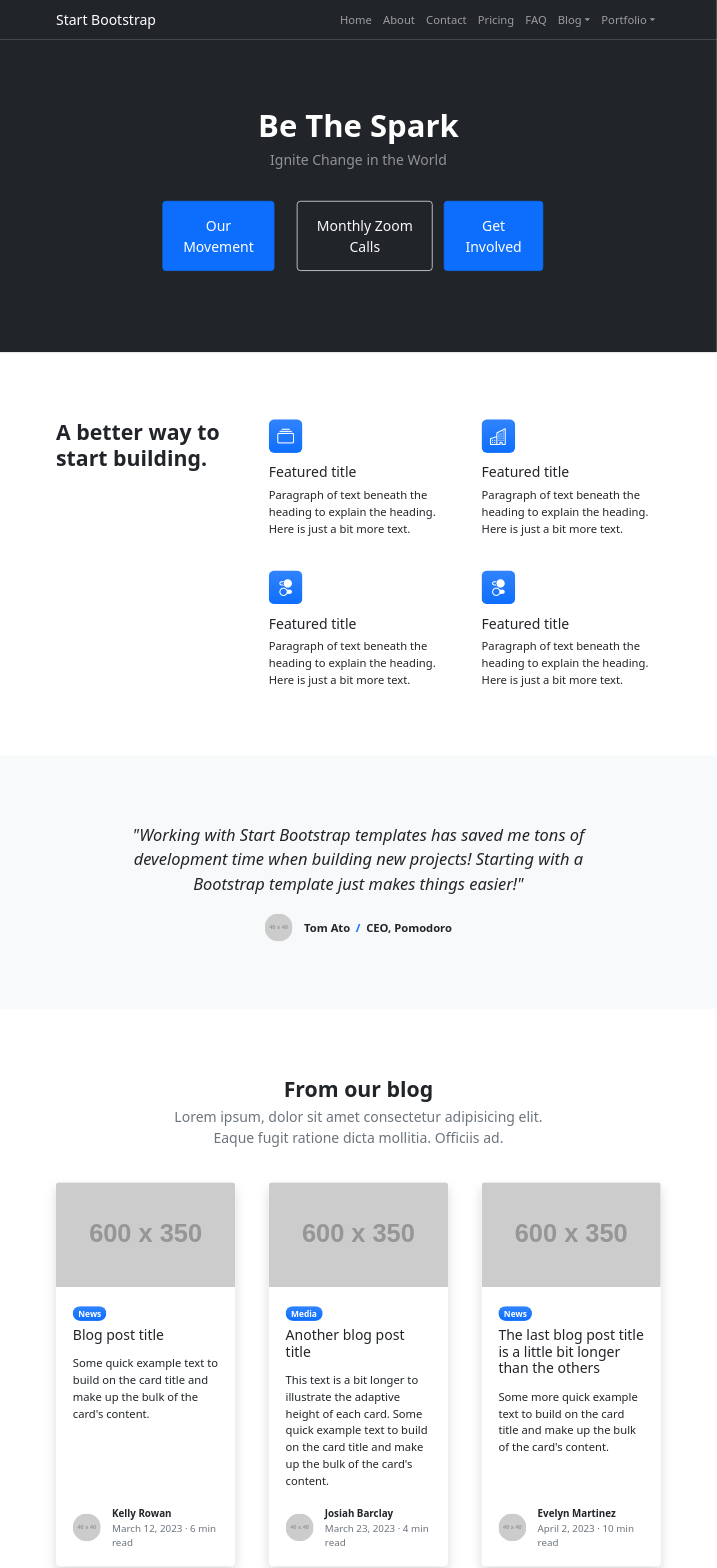
Repository: DragonFruit8/BeTheSpark
Page: index.html
The author's editor kept a copy of each file at every save. The page is drawn from the files as they stood at one save, then again after a run of saves.
The browser window is 1024 px wide. The pictures show the part of the page from y = 0 to 2240 px (the page is 2753 px tall before and 2853 px after), at 70% of full size.

Above is the page before, as saved 2024-01-05 08:34:47.

### index.html
<!DOCTYPE html>
<html lang="en">
    <head>
        <meta charset="utf-8" />
        <meta name="viewport" content="width=device-width, initial-scale=1, shrink-to-fit=no" />
        <meta name="description" content="" />
        <meta name="author" content="" />
        <title>Modern Business - Start Bootstrap Template</title>
        <!-- Favicon-->
        <link rel="icon" type="image/x-icon" href="assets/favicon.ico" />
        <!-- Bootstrap icons-->
        <link href="https://cdn.jsdelivr.net/npm/bootstrap-icons@1.5.0/font/bootstrap-icons.css" rel="stylesheet" />
        <!-- Core theme CSS (includes Bootstrap)-->
        <link href="css/styles.css" rel="stylesheet" />
        <link href="css/home.css" rel="stylesheet" />
    </head>
    <body class="d-flex flex-column h-100">
        <main class="flex-shrink-0">
            <!-- Navigation-->
            <nav class="navbar navbar-expand-lg navbar-dark bg-dark">
                <div class="container px-5">
                    <a class="navbar-brand" href="index.html">Start Bootstrap</a>
                    <button class="navbar-toggler" type="button" data-bs-toggle="collapse" data-bs-target="#navbarSupportedContent" aria-controls="navbarSupportedContent" aria-expanded="false" aria-label="Toggle navigation"><span class="navbar-toggler-icon"></span></button>
                    <div class="collapse navbar-collapse" id="navbarSupportedContent">
                        <ul class="navbar-nav ms-auto mb-2 mb-lg-0">
                            <li class="nav-item"><a class="nav-link" href="index.html">Home</a></li>
                            <li class="nav-item"><a class="nav-link" href="about.html">About</a></li>
                            <li class="nav-item"><a class="nav-link" href="contact.html">Contact</a></li>
                            <li class="nav-item"><a class="nav-link" href="pricing.html">Pricing</a></li>
                            <li class="nav-item"><a class="nav-link" href="faq.html">FAQ</a></li>
                            <li class="nav-item dropdown">
                                <a class="nav-link dropdown-toggle" id="navbarDropdownBlog" href="#" role="button" data-bs-toggle="dropdown" aria-expanded="false">Blog</a>
                                <ul class="dropdown-menu dropdown-menu-end" aria-labelledby="navbarDropdownBlog">
                                    <li><a class="dropdown-item" href="blog-home.html">Blog Home</a></li>
                                    <li><a class="dropdown-item" href="blog-post.html">Blog Post</a></li>
                                </ul>
                            </li>
                            <li class="nav-item dropdown">
                                <a class="nav-link dropdown-toggle" id="navbarDropdownPortfolio" href="#" role="button" data-bs-toggle="dropdown" aria-expanded="false">Portfolio</a>
                                <ul class="dropdown-menu dropdown-menu-end" aria-labelledby="navbarDropdownPortfolio">
                                    <li><a class="dropdown-item" href="portfolio-overview.html">Portfolio Overview</a></li>
                                    <li><a class="dropdown-item" href="portfolio-item.html">Portfolio Item</a></li>
                                </ul>
                            </li>
                        </ul>
                    </div>
                </div>
            </nav>
            <!-- Header-->
            <header class="bg-dark py-5">
                <div class="container px-5">
                    <div class="row gx-5 align-items-center justify-content-center">
                        <div class="col-lg-8 col-xl-10 col-xxl-12">
                            <div class="my-5 text-center text-xl-start">
                                <h1 class="display-5 fw-bolder text-white mb-2">Be The Spark</h1>
                                <p class="lead fw-normal text-white-50 mb-4">Ignite Change in the World</p>
                                <div id="CTA" class="d-grid gap-3 d-sm-flex justify-content-sm-center justify-content-xl-start">
                                    <a class="btn btn-primary btn-lg px-4 me-sm-3" href="#features">Our Movement</a>
                                    <a class="btn btn-outline-light btn-lg px-4" href="#!">Monthly Zoom Calls</a>
                                    <a class="btn btn-primary btn-lg px-4 me-sm-3" href="#features">Get Involved </a>
                                </div>
                            </div>
                        </div>
                        <!-- <div class="col-xl-5 col-xxl-6 d-none d-xl-block text-center"><img class="img-fluid rounded-3 my-5" src="https://dummyimage.com/600x400/343a40/6c757d" alt="..." /></div> -->
                    </div>
                </div>
            </header>
            <!-- Features section-->
            <section class="py-5" id="features">
                <div class="container px-5 my-5">
                    <div class="row gx-5">
                        <div class="col-lg-4 mb-5 mb-lg-0"><h2 class="fw-bolder mb-0">A better way to start building.</h2></div>
                        <div class="col-lg-8">
                            <div class="row gx-5 row-cols-1 row-cols-md-2">
                                <div class="col mb-5 h-100">
                                    <div class="feature bg-primary bg-gradient text-white rounded-3 mb-3"><i class="bi bi-collection"></i></div>
                                    <h2 class="h5">Featured title</h2>
                                    <p class="mb-0">Paragraph of text beneath the heading to explain the heading. Here is just a bit more text.</p>
                                </div>
                                <div class="col mb-5 h-100">
                                    <div class="feature bg-primary bg-gradient text-white rounded-3 mb-3"><i class="bi bi-building"></i></div>
                                    <h2 class="h5">Featured title</h2>
                                    <p class="mb-0">Paragraph of text beneath the heading to explain the heading. Here is just a bit more text.</p>
                                </div>
                                <div class="col mb-5 mb-md-0 h-100">
                                    <div class="feature bg-primary bg-gradient text-white rounded-3 mb-3"><i class="bi bi-toggles2"></i></div>
                                    <h2 class="h5">Featured title</h2>
                                    <p class="mb-0">Paragraph of text beneath the heading to explain the heading. Here is just a bit more text.</p>
                                </div>
                                <div class="col h-100">
                                    <div class="feature bg-primary bg-gradient text-white rounded-3 mb-3"><i class="bi bi-toggles2"></i></div>
                                    <h2 class="h5">Featured title</h2>
                                    <p class="mb-0">Paragraph of text beneath the heading to explain the heading. Here is just a bit more text.</p>
                                </div>
                            </div>
                        </div>
                    </div>
                </div>
            </section>
            <!-- Testimonial section-->
            <div class="py-5 bg-light">
                <div class="container px-5 my-5">
                    <div class="row gx-5 justify-content-center">
                        <div class="col-lg-10 col-xl-7">
                            <div class="text-center">
                                <div class="fs-4 mb-4 fst-italic">"Working with Start Bootstrap templates has saved me tons of development time when building new projects! Starting with a Bootstrap template just makes things easier!"</div>
                                <div class="d-flex align-items-center justify-content-center">
                                    <img class="rounded-circle me-3" src="https://dummyimage.com/40x40/ced4da/6c757d" alt="..." />
                                    <div class="fw-bold">
                                        Tom Ato
                                        <span class="fw-bold text-primary mx-1">/</span>
                                        CEO, Pomodoro
                                    </div>
                                </div>
                            </div>
                        </div>
                    </div>
                </div>
            </div>
            <!-- Blog preview section-->
            <section class="py-5">
                <div class="container px-5 my-5">
                    <div class="row gx-5 justify-content-center">
                        <div class="col-lg-8 col-xl-6">
                            <div class="text-center">
                                <h2 class="fw-bolder">From our blog</h2>
                                <p class="lead fw-normal text-muted mb-5">Lorem ipsum, dolor sit amet consectetur adipisicing elit. Eaque fugit ratione dicta mollitia. Officiis ad.</p>
                            </div>
                        </div>
                    </div>
                    <div class="row gx-5">
                        <div class="col-lg-4 mb-5">
                            <div class="card h-100 shadow border-0">
                                <img class="card-img-top" src="https://dummyimage.com/600x350/ced4da/6c757d" alt="..." />
                                <div class="card-body p-4">
                                    <div class="badge bg-primary bg-gradient rounded-pill mb-2">News</div>
                                    <a class="text-decoration-none link-dark stretched-link" href="#!"><h5 class="card-title mb-3">Blog post title</h5></a>
                                    <p class="card-text mb-0">Some quick example text to build on the card title and make up the bulk of the card's content.</p>
                                </div>
                                <div class="card-footer p-4 pt-0 bg-transparent border-top-0">
                                    <div class="d-flex align-items-end justify-content-between">
                                        <div class="d-flex align-items-center">
                                            <img class="rounded-circle me-3" src="https://dummyimage.com/40x40/ced4da/6c757d" alt="..." />
                                            <div class="small">
                                                <div class="fw-bold">Kelly Rowan</div>
                                                <div class="text-muted">March 12, 2023 &middot; 6 min read</div>
                                            </div>
                                        </div>
                                    </div>
                                </div>
                            </div>
                        </div>
                        <div class="col-lg-4 mb-5">
                            <div class="card h-100 shadow border-0">
                                <img class="card-img-top" src="https://dummyimage.com/600x350/adb5bd/495057" alt="..." />
                                <div class="card-body p-4">
                                    <div class="badge bg-primary bg-gradient rounded-pill mb-2">Media</div>
                                    <a class="text-decoration-none link-dark stretched-link" href="#!"><h5 class="card-title mb-3">Another blog post title</h5></a>
                                    <p class="card-text mb-0">This text is a bit longer to illustrate the adaptive height of each card. Some quick example text to build on the card title and make up the bulk of the card's content.</p>
                                </div>
                                <div class="card-footer p-4 pt-0 bg-transparent border-top-0">
                                    <div class="d-flex align-items-end justify-content-between">
                                        <div class="d-flex align-items-center">
                                            <img class="rounded-circle me-3" src="https://dummyimage.com/40x40/ced4da/6c757d" alt="..." />
                                            <div class="small">
                                                <div class="fw-bold">Josiah Barclay</div>
                                                <div class="text-muted">March 23, 2023 &middot; 4 min read</div>
                                            </div>
                                        </div>
                                    </div>
                                </div>
                            </div>
                        </div>
                        <div class="col-lg-4 mb-5">
                            <div class="card h-100 shadow border-0">
                                <img class="card-img-top" src="https://dummyimage.com/600x350/6c757d/343a40" alt="..." />
                                <div class="card-body p-4">
                                    <div class="badge bg-primary bg-gradient rounded-pill mb-2">News</div>
                                    <a class="text-decoration-none link-dark stretched-link" href="#!"><h5 class="card-title mb-3">The last blog post title is a little bit longer than the others</h5></a>
                                    <p class="card-text mb-0">Some more quick example text to build on the card title and make up the bulk of the card's content.</p>
                                </div>
                                <div class="card-footer p-4 pt-0 bg-transparent border-top-0">
                                    <div class="d-flex align-items-end justify-content-between">
                                        <div class="d-flex align-items-center">
                                            <img class="rounded-circle me-3" src="https://dummyimage.com/40x40/ced4da/6c757d" alt="..." />
                                            <div class="small">
                                                <div class="fw-bold">Evelyn Martinez</div>
                                                <div class="text-muted">April 2, 2023 &middot; 10 min read</div>
                                            </div>
                                        </div>
                                    </div>
                                </div>
                            </div>
                        </div>
                    </div>
                    <!-- Call to action-->
                    <aside class="bg-primary bg-gradient rounded-3 p-4 p-sm-5 mt-5">
                        <div class="d-flex align-items-center justify-content-between flex-column flex-xl-row text-center text-xl-start">
                            <div class="mb-4 mb-xl-0">
                                <div class="fs-3 fw-bold text-white">New products, delivered to you.</div>
                                <div class="text-white-50">Sign up for our newsletter for the latest updates.</div>
                            </div>
                            <div class="ms-xl-4">
                                <div class="input-group mb-2">
                                    <input class="form-control" type="text" placeholder="Email address..." aria-label="Email address..." aria-describedby="button-newsletter" />
                                    <button class="btn btn-outline-light" id="button-newsletter" type="button">Sign up</button>
                                </div>
                                <div class="small text-white-50">We care about privacy, and will never share your data.</div>
                            </div>
                        </div>
                    </aside>
                </div>
            </section>
        </main>
        <!-- Footer-->
        <footer class="bg-dark py-4 mt-auto">
            <div class="container px-5">
                <div class="row align-items-center justify-content-between flex-column flex-sm-row">
                    <div class="col-auto"><div class="small m-0 text-white">Copyright &copy; Your Website 2023</div></div>
                    <div class="col-auto">
                        <a class="link-light small" href="#!">Privacy</a>
                        <span class="text-white mx-1">&middot;</span>
                        <a class="link-light small" href="#!">Terms</a>
                        <span class="text-white mx-1">&middot;</span>
                        <a class="link-light small" href="#!">Contact</a>
                    </div>
                </div>
            </div>
        </footer>
        <!-- Bootstrap core JS-->
        <script src="https://cdn.jsdelivr.net/npm/bootstrap@5.2.3/dist/js/bootstrap.bundle.min.js"></script>
        <!-- Core theme JS-->
        <script src="js/scripts.js"></script>
    </body>
</html>

### css/home.css
#CTA a{
    display: flex;
    max-height:300px;
    max-width: 300px;
    padding: 20px;
    margin-top: 20px;
    margin-bottom: 20px;
    border-radius: 5px;
}

@media (min-width: 1080px) {
    #CTA > a{
        display: inline-flex;
        flex-direction: row;
        min-height:100px !important;
        min-width: 200px !important;
        padding: 20px;
        border-radius: 5px;
    }

}

@media (max-width: 1080px) and (min-width: 768px) {
    #CTA a{
        display: inline-flex;
        flex-direction: row;
        max-height:100px !important;
        max-width: fit-content !important;
        border-radius: 5px;
    }
}

@media (min-width: 1080px) {
    #CTA a{
        display: inline-flex;
        flex-direction: row;
        min-height:100px;
        min-width: 200px;
        margin-top: 20px;
        margin-bottom: 20px;
        border-radius: 5px;
    }
}

Loaded but not shown: css/styles.css (library); js/scripts.js (common file)

After the next 4 saves:
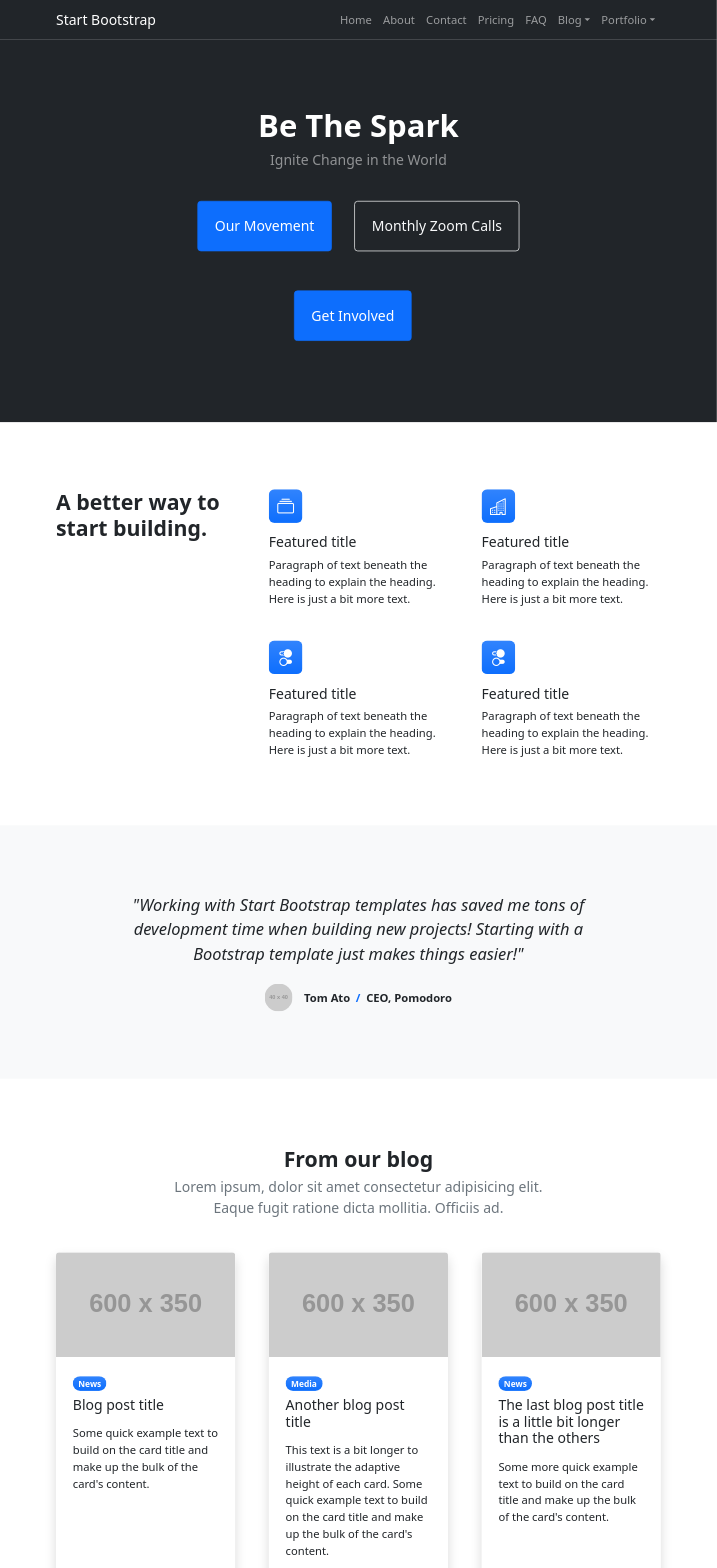
The 4 saves are shown as one change because they came seconds apart.
The last was saved 14 s later.
--- a/css/home.css
+++ b/css/home.css
@@ -28,6 +28,12 @@
         max-width: fit-content !important;
         border-radius: 5px;
     }
+    #CTA {
+        display: flex;
+        flex-direction: row;
+        flex-wrap: wrap;
+        justify-content: center;
+    }
 }
 
 @media (min-width: 1080px) {

After the save that followed:
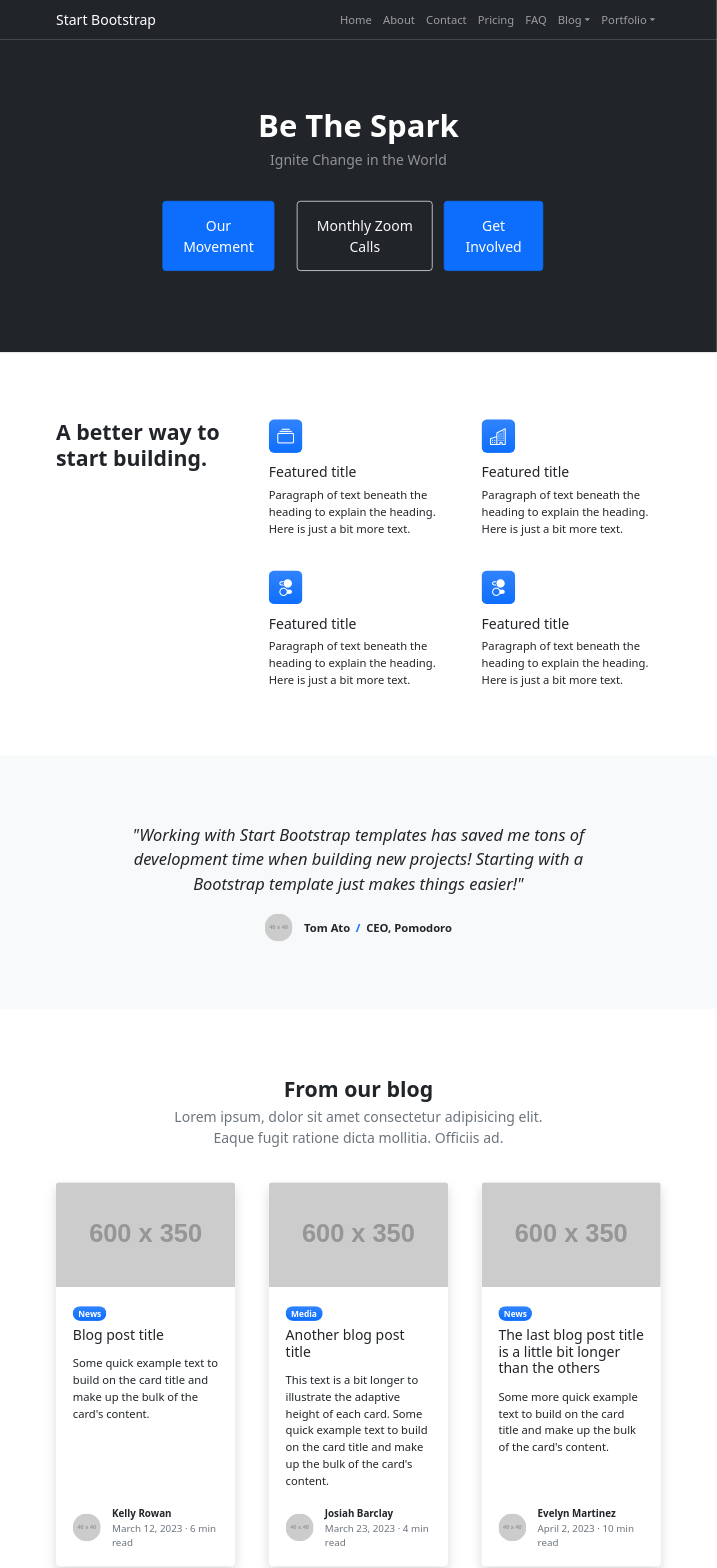
Saved 6 s later.
--- a/css/home.css
+++ b/css/home.css
@@ -31,7 +31,7 @@
     #CTA {
         display: flex;
         flex-direction: row;
-        flex-wrap: wrap;
+        flex-wrap: nowrap;
         justify-content: center;
     }
 }
